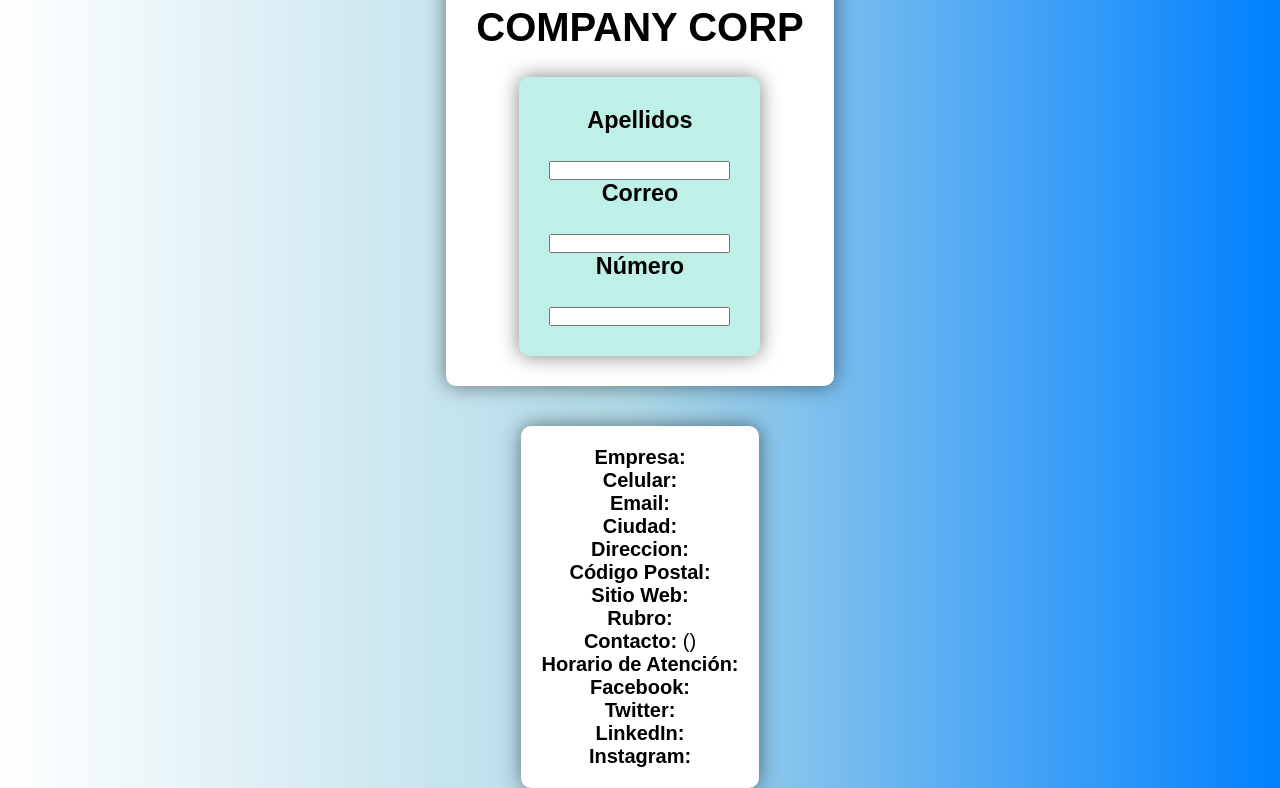
Repository: ANGELEDU141/TAREAWEBEWJASJDASJ
Page: http://localhost/JAVAWEBTAREA/WEB-INF/views/contenido.jsp
An editor plug-in stored every save of this project. The page is shown before and after the next save, followed by the edit.
The browser window is 1280 px wide. The pictures show the whole page.
The page is served by Tomcat 9. Nobody is signed in. Other server files are loaded and not shown. The template is opened directly, without the code that normally fills it, so the values that code supplies are empty.

Above is the page before, as saved 2024-09-01 10:07:10.

### JAVAWEBTAREA/src/main/webapp/WEB-INF/views/contenido.jsp
<%@ page language="java" contentType="text/html; charset=UTF-8"
    pageEncoding="UTF-8"%>
<!DOCTYPE html>
<html>
<head>
<meta charset="UTF-8">
<title> COMPANY </title>
<link rel="icon" href="https://static.vecteezy.com/system/resources/previews/008/214/517/non_2x/abstract-geometric-logo-or-infinity-line-logo-for-your-company-free-vector.jpg">
<style>
    body {


        height: 100vh;
        display: flex;
        align-items:center;
         flex-direction: column;
        justify-content: center; /* Centra horizontalmente */
        align-items: center; /* Centra verticalmente */
        font-family: Arial, sans-serif;
		background: linear-gradient(to right, rgb(255, 255, 255), rgb(173, 216, 230), rgb(0, 128, 255));

    }
    .container {

        max-width: 600px;
        display:flex;
   		flex-direction:column;
   		align-content:center;
   		justify-content: center;
   		align-items:center;
   		padding: 30px;

        background-color: white;
        box-shadow: 0px 0px 20px rgba(0, 0, 0, 0.5);
        text-align: center;
        border-radius: 10px;
        font-size: 20px;

    }

    .contac {

 		margin-top: 40px;
        max-width: 600px;
        padding:20px;
        background-color: white;
        box-shadow: 0px 0px 20px rgba(0, 0, 0, 0.5);
        text-align: center;
        border-radius: 10px;
        font-size: 20px;

        }




    .quest {



   		padding: 30px;
   		border:60px;
        max-width: 200px;
        background-color: rgba(191, 240, 232);
        box-shadow: 0px 0px 20px rgba(0, 0, 0, 0.5);
        text-align: center;
        border-radius: 10px;
        }

        .quest h3{
         margin: 0;
    padding:0px }


    .quest input{  margin: 0;
    padding:0px }



</style>
</head>
<body>
    <div class="container">
        <h1> COMPANY CORP </h1>


        <div class="quest">

        <h3>Apellidos</h3><br>
        <input>
        <h3>Correo</h3><br>
        <input>
        <h3>Número</h3><br>
         <input>



        </div>
    </div>

    <div  class="contac">

		<b> Empresa:</b> ${empresa}<br>
		<b> Celular:</b> ${celular}<br>
		<b> Email:</b> ${email}<br>
		<b> Ciudad:</b> ${ciudad}<br>
	    <b>Direccion:</b> ${direccion}<br>
        <b>Código Postal:</b> ${código_postal}<br>
        <b>Sitio Web:</b> <a href="http://${sitio_web}" target="_blank">${sitio_web}</a><br>
        <b>Rubro:</b> ${rubro}<br>
        <b>Contacto:</b> ${contacto_nombre} (${contacto_puesto})<br>
        <b>Horario de Atención:</b> ${horario_atención}<br>
        <b>Facebook:</b> <a href="http://${facebook}" target="_blank">${facebook}</a><br>
        <b>Twitter:</b> <a href="http://${twitter}" target="_blank">${twitter}</a><br>
        <b>LinkedIn:</b> <a href="http://${linkedin}" target="_blank">${linkedin}</a><br>
        <b>Instagram:</b> <a href="http://${instagram}" target="_blank">${instagram}</a>


	</div>
</body>

After the next save:
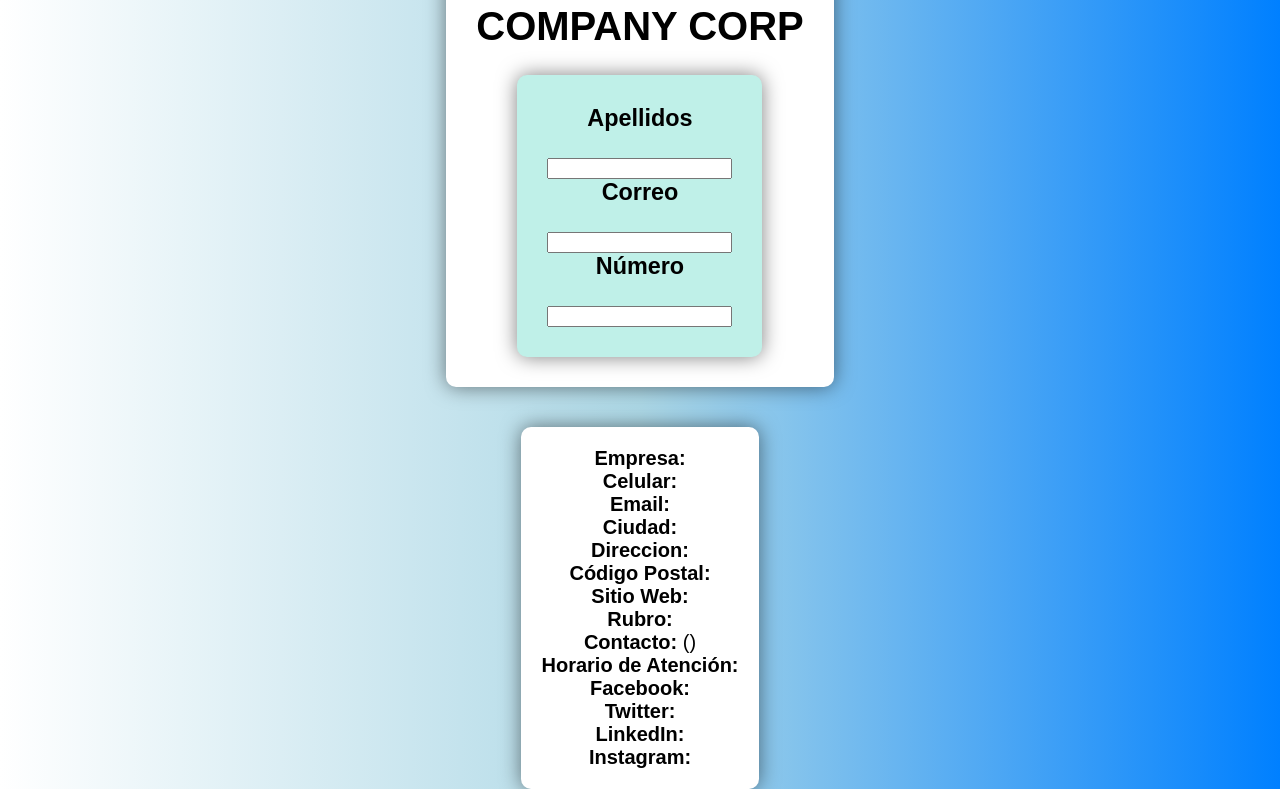
Saved 21 s later.
--- a/JAVAWEBTAREA/src/main/webapp/WEB-INF/views/contenido.jsp
+++ b/JAVAWEBTAREA/src/main/webapp/WEB-INF/views/contenido.jsp
@@ -72,8 +72,7 @@
     padding:0px }
 
 
-    .quest input{  margin: 0;
-    padding:0px }
+
 
 
 
